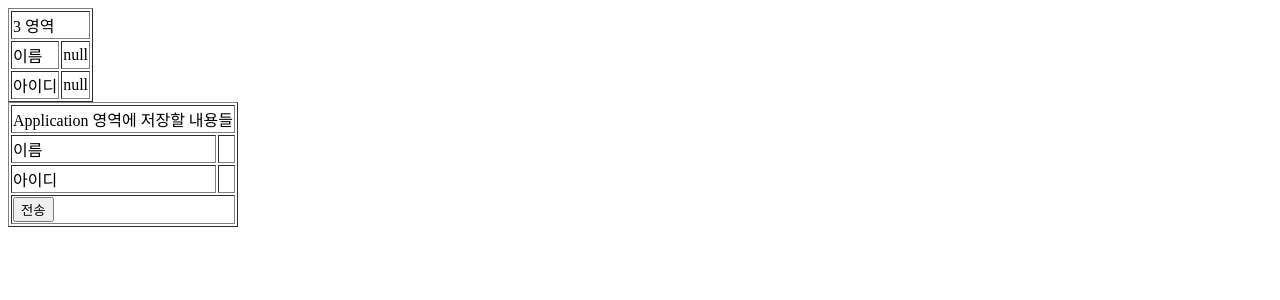
Repository: BancaKim/teamproject4
Page: http://localhost/JspDay3/HiddenTest/HiddenTest2.jsp
The author's editor kept a copy of each file at every save. The page is drawn from the files as they stood at one save, then again after the next save.
The browser window is 1280 px wide. The pictures show the whole page.
The page is served by Tomcat 9.

Above is the page before, as saved 2024-05-02 02:30:20.

After the next save:
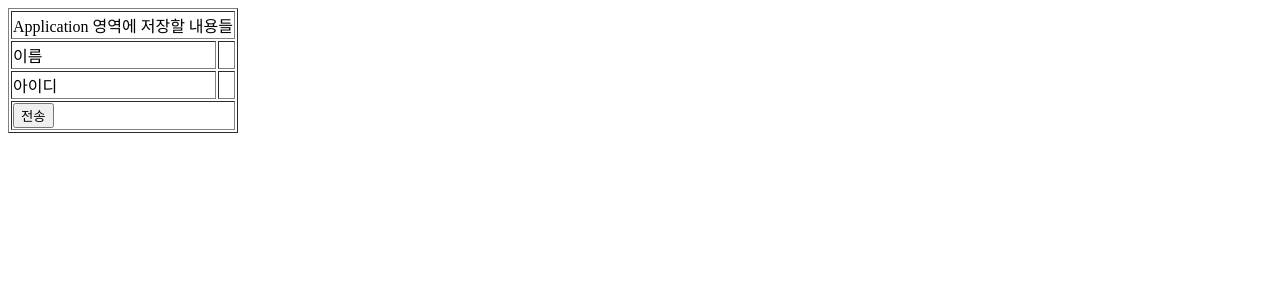
Saved 62 s later.
--- a/JspDay3/src/main/webapp/HiddenTest/HiddenTest2.jsp
+++ b/JspDay3/src/main/webapp/HiddenTest/HiddenTest2.jsp
@@ -14,7 +14,6 @@
 String name = request.getParameter("name");
 String id = request.getParameter("id");
 
-request.getRequestDispatcher("IncludeTest3.jsp").include(request,response);
 %>
 
 	<form action="HiddenTest3.jsp" method="post">
